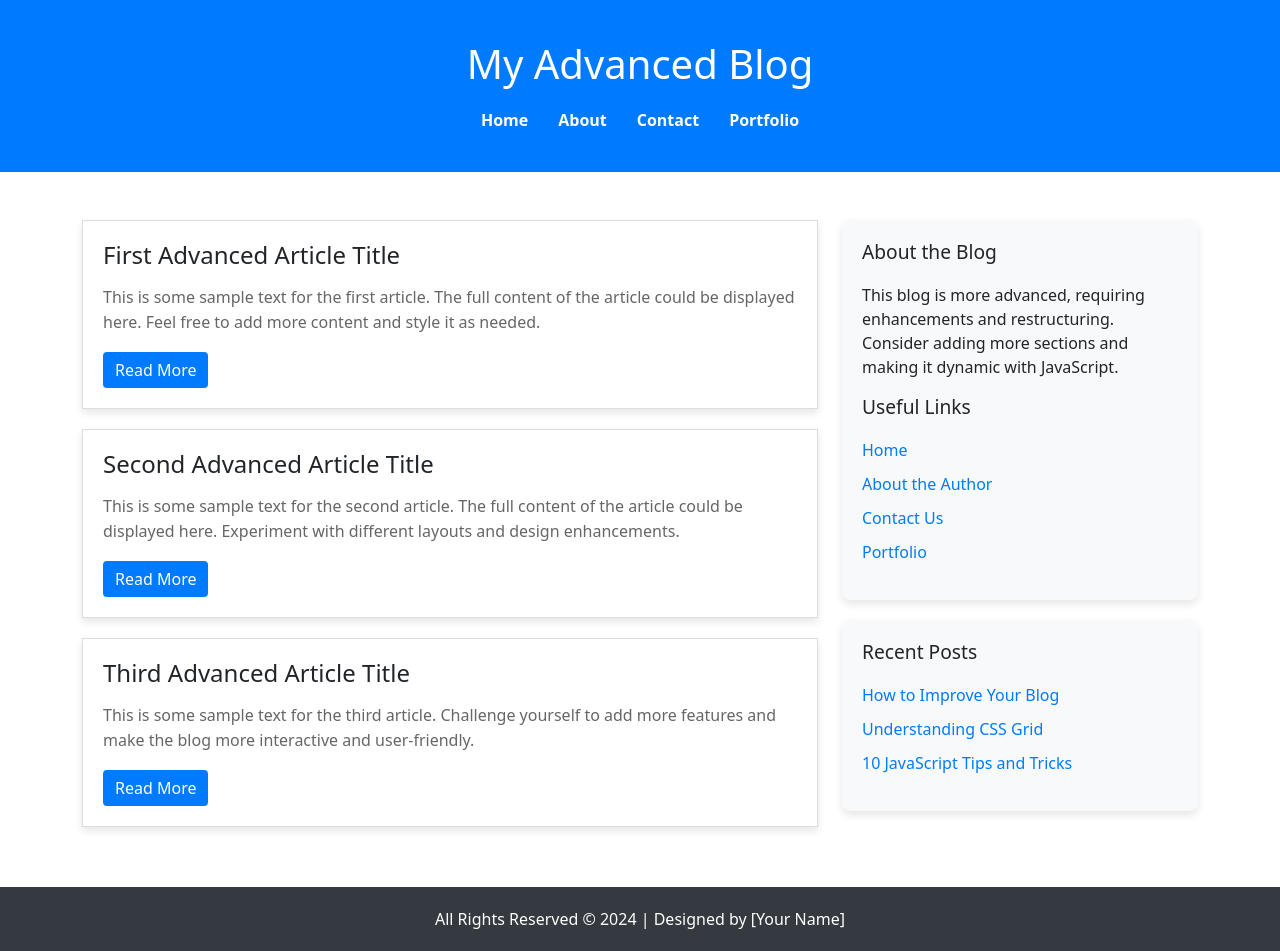
Repository: zeinawady/Blog-Code-Refactoring
Page: index.html
The author's editor kept a copy of each file at every save. The page is drawn from the files as they stood at one save, then again after the next save.
The browser window is 1280 px wide. The pictures show the whole page.

Above is the page before, as saved 2024-09-23 13:47:57.

### index.html
<!DOCTYPE html>
<html lang="en">
  <head>
    <meta charset="UTF-8" />
    <meta name="viewport" content="width=device-width, initial-scale=1.0" />
    <title>My Advanced Blog</title>
    <link rel="stylesheet" href="style.css">
    <link
      href="https://cdn.jsdelivr.net/npm/bootstrap@5.1.3/dist/css/bootstrap.min.css"
      rel="stylesheet"
    />

  </head>
  <body>
    <div class="header">
      <h1>My Advanced Blog</h1>
      <div class="nav-links">
        <a href="#">Home</a>
        <a href="#">About</a>
        <a href="#">Contact</a>
        <a href="#">Portfolio</a>
      </div>
    </div>

    <div class="container mt-5">
      <div class="row">
        <div class="col-md-8">
          <div class="post">
            <h2>First Advanced Article Title</h2>
            <p>
              This is some sample text for the first article. The full content
              of the article could be displayed here. Feel free to add more
              content and style it as needed.
            </p>
            <button class="btn btn-primary">Read More</button>
          </div>
          <div class="post">
            <h2>Second Advanced Article Title</h2>
            <p>
              This is some sample text for the second article. The full content
              of the article could be displayed here. Experiment with different
              layouts and design enhancements.
            </p>
            <button class="btn btn-primary">Read More</button>
          </div>
          <div class="post">
            <h2>Third Advanced Article Title</h2>
            <p>
              This is some sample text for the third article. Challenge yourself
              to add more features and make the blog more interactive and
              user-friendly.
            </p>
            <button class="btn btn-primary">Read More</button>
          </div>
        </div>
        <div class="col-md-4">
          <div class="sidebar">
            <h3>About the Blog</h3>
            <p>
              This blog is more advanced, requiring enhancements and
              restructuring. Consider adding more sections and making it dynamic
              with JavaScript.
            </p>
            <h3>Useful Links</h3>
            <ul>
              <li><a href="#">Home</a></li>
              <li><a href="#">About the Author</a></li>
              <li><a href="#">Contact Us</a></li>
              <li><a href="#">Portfolio</a></li>
            </ul>
          </div>
          <div class="sidebar">
            <h3>Recent Posts</h3>
            <ul>
              <li><a href="#">How to Improve Your Blog</a></li>
              <li><a href="#">Understanding CSS Grid</a></li>
              <li><a href="#">10 JavaScript Tips and Tricks</a></li>
            </ul>
          </div>
        </div>
      </div>
    </div>

    <div class="footer">
      <p>All Rights Reserved © 2024 | Designed by [Your Name]</p>
    </div>

    <script src="https://cdn.jsdelivr.net/npm/bootstrap@5.1.3/dist/js/bootstrap.bundle.min.js"></script>
  </body>
</html>

### style.css
body {
    font-family: Arial, sans-serif;
    background-color: #f4f4f9;
  }
  .header {
    background-color: #007bff;
    color: white;
    padding: 40px 0;
    text-align: center;
    position: relative;
  }
  .header::after {
    content: "";
    position: absolute;
    bottom: -20px;
    left: 50%;
    transform: translateX(-50%);
    width: 100px;
    height: 5px;
    background-color: white;
  }
  .nav-links {
    display: flex;
    justify-content: center;
    margin-top: 20px;
  }
  .nav-links a {
    color: white;
    margin: 0 15px;
    text-decoration: none;
    font-weight: bold;
  }
  .nav-links a:hover {
    text-decoration: underline;
  }
  .post {
    border: 1px solid #ddd;
    margin-bottom: 20px;
    padding: 20px;
    background-color: white;
    box-shadow: 0 4px 8px rgba(0, 0, 0, 0.1);
    transition: transform 0.3s ease, box-shadow 0.3s ease;
  }
  .post:hover {
    transform: translateY(-5px);
    box-shadow: 0 8px 16px rgba(0, 0, 0, 0.2);
  }
  .post h2 {
    font-size: 1.5rem;
    margin-bottom: 15px;
  }
  .post p {
    color: #666;
    line-height: 1.6;
  }
  .post .btn-primary {
    background-color: #007bff;
    border: none;
  }
  .post .btn-primary:hover {
    background-color: #0056b3;
  }
  .sidebar {
    background-color: #f8f9fa;
    padding: 20px;
    border-radius: 8px;
    box-shadow: 0 4px 8px rgba(0, 0, 0, 0.1);
    margin-bottom: 20px;
  }
  .sidebar h3 {
    margin-bottom: 20px;
    font-size: 1.2rem;
  }
  .sidebar ul {
    list-style-type: none;
    padding-left: 0;
  }
  .sidebar ul li {
    margin-bottom: 10px;
  }
  .sidebar ul li a {
    color: #007bff;
    text-decoration: none;
  }
  .sidebar ul li a:hover {
    text-decoration: underline;
  }
  .footer {
    background-color: #343a40;
    color: white;
    text-align: center;
    padding: 20px;
    margin-top: 40px;
  }
  .footer p {
    margin: 0;
  }

After the next save:
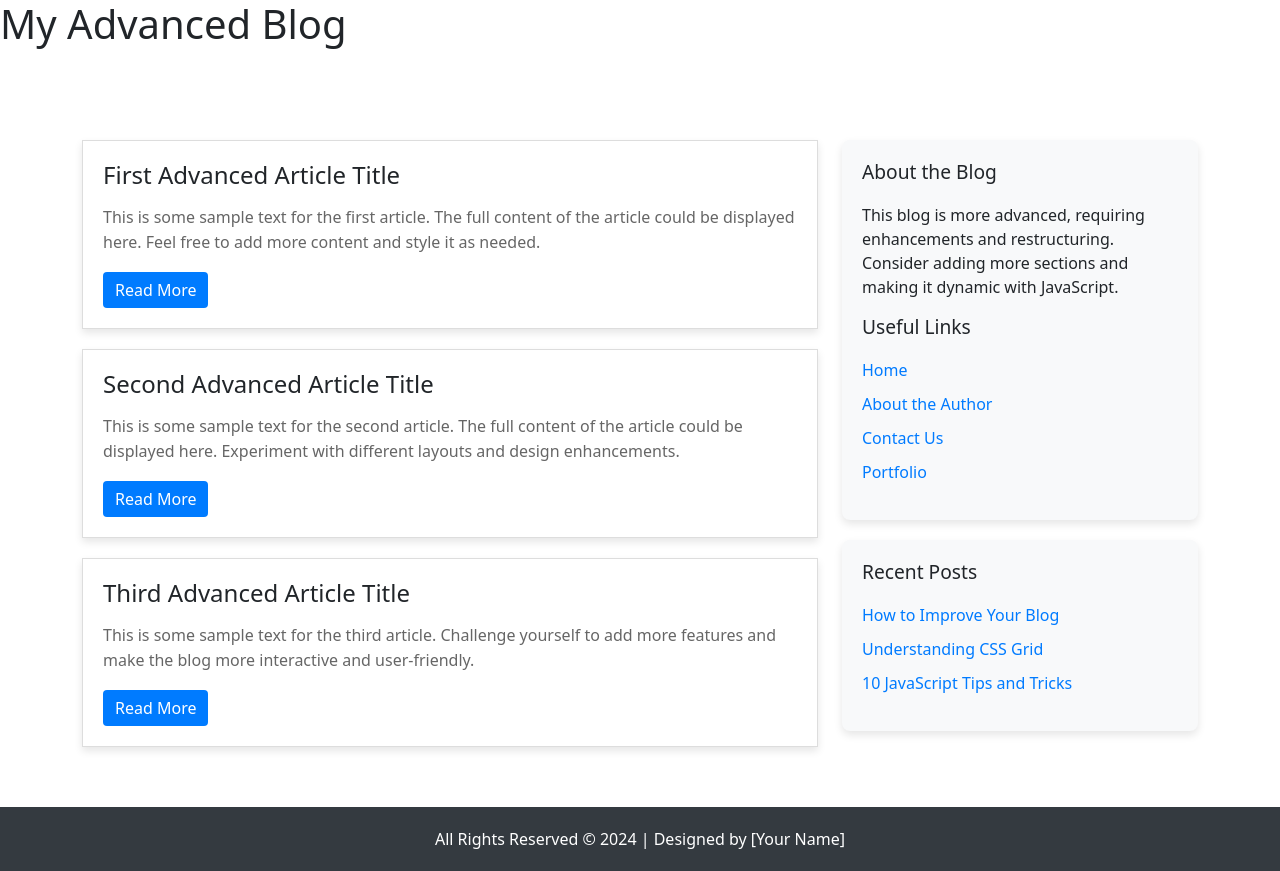
Saved 32 s later.
--- a/index.html
+++ b/index.html
@@ -12,7 +12,7 @@
 
   </head>
   <body>
-    <div class="header">
+    <header>
       <h1>My Advanced Blog</h1>
       <div class="nav-links">
         <a href="#">Home</a>
@@ -20,7 +20,7 @@
         <a href="#">Contact</a>
         <a href="#">Portfolio</a>
       </div>
-    </div>
+    </header>
 
     <div class="container mt-5">
       <div class="row">

After the 2 saves that followed:
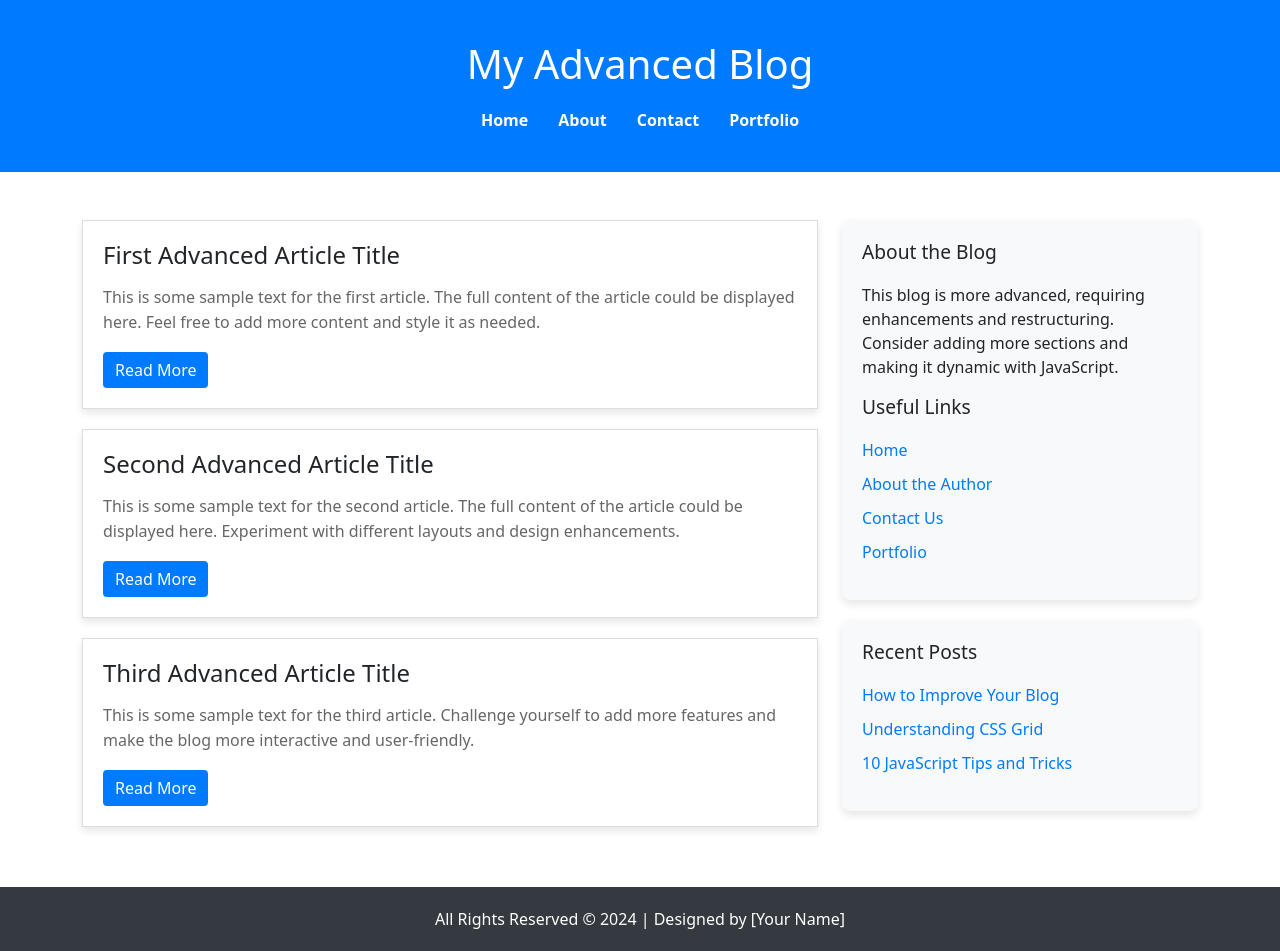
The 2 saves are shown as one change because they came seconds apart.
The last was saved 6 s later.
--- a/style.css
+++ b/style.css
@@ -2,14 +2,14 @@ body {
     font-family: Arial, sans-serif;
     background-color: #f4f4f9;
   }
-  .header {
+  header {
     background-color: #007bff;
     color: white;
     padding: 40px 0;
     text-align: center;
     position: relative;
   }
-  .header::after {
+  header::after {
     content: "";
     position: absolute;
     bottom: -20px;
